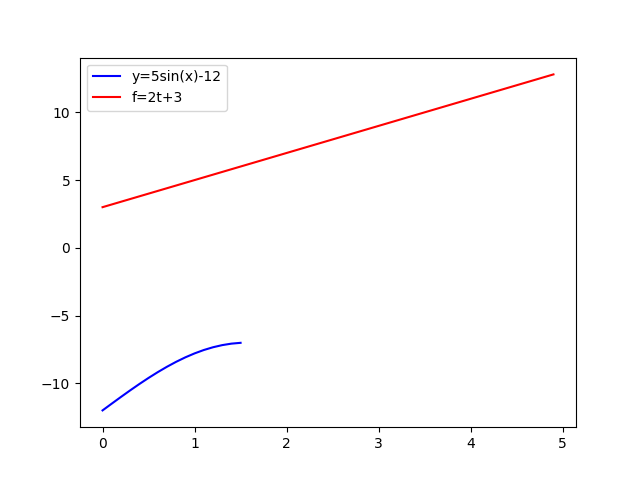
Repository: virangaj/python_labsheets
Script's output: python Tutorial_2/ex3.py
The author's editor kept a copy of each file at every save. The script's output is drawn from the files as they stood at one save, then again after the next save.
Random numbers start from a fixed seed.

Above is the script's output before, as saved 2022-07-03 23:01:49.

After the next save:
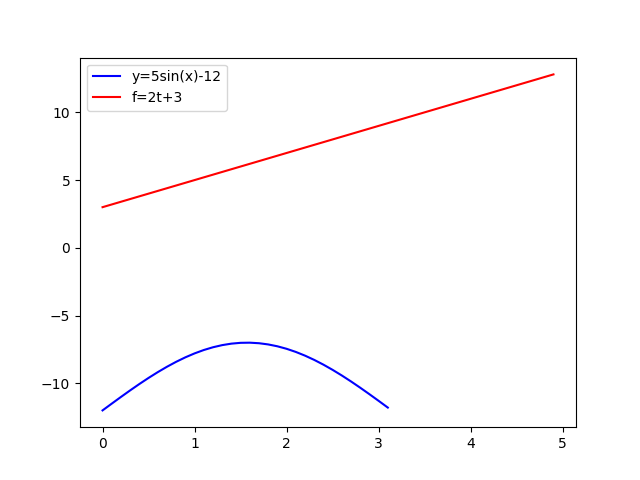
Saved 95 s later.
--- a/Tutorial_2/ex3.py
+++ b/Tutorial_2/ex3.py
@@ -3,7 +3,7 @@
 import numpy as np
 
 def create_graph():
-    x = np.arange(0, math.pi/2, 0.1)
+    x = np.arange(0, math.pi, 0.1)
     print(x)
     y = np.sin(x) * 5 - 12
     print(y)

After the save that followed:
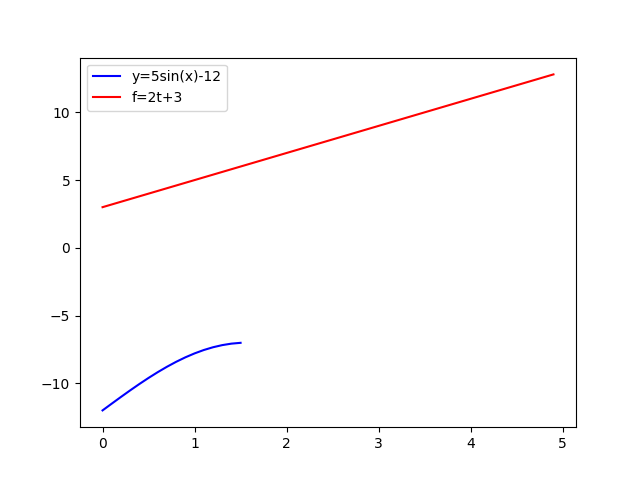
Saved 9 s later.
--- a/Tutorial_2/ex3.py
+++ b/Tutorial_2/ex3.py
@@ -3,7 +3,7 @@
 import numpy as np
 
 def create_graph():
-    x = np.arange(0, math.pi, 0.1)
+    x = np.arange(0, math.pi/2, 0.1)
     print(x)
     y = np.sin(x) * 5 - 12
     print(y)
